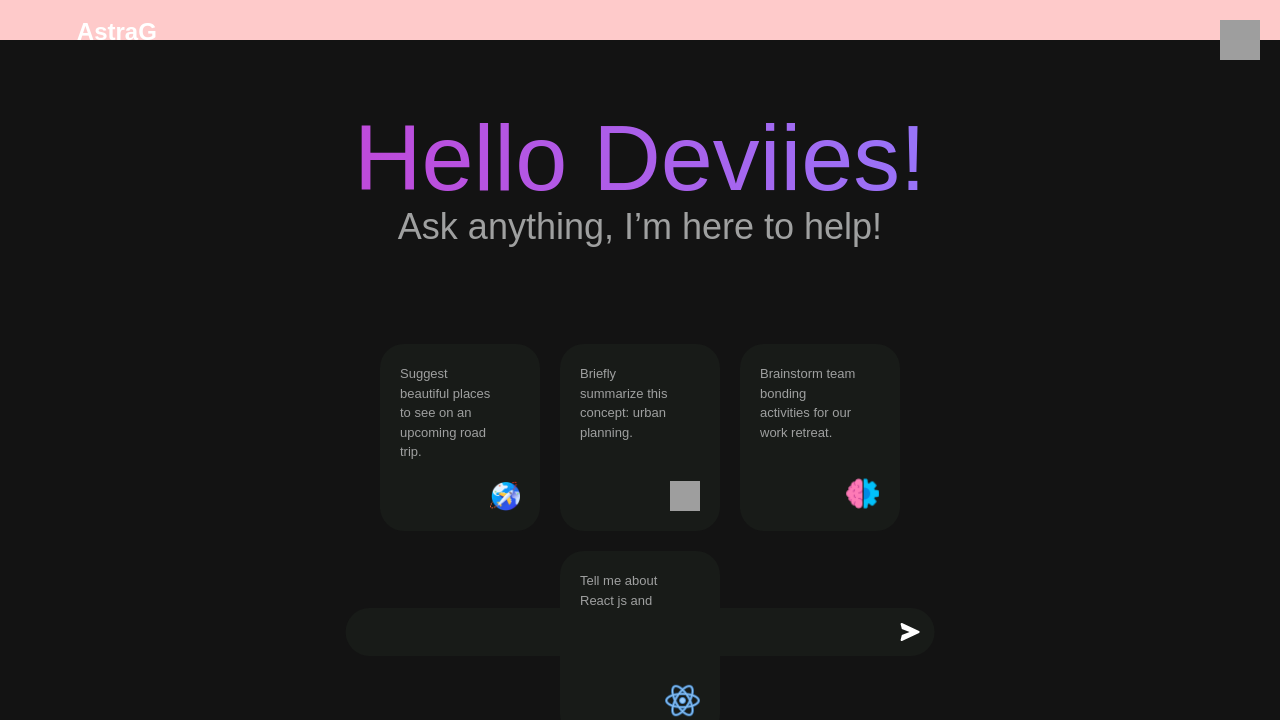
Repository: S-o-b-u/AstraGen1
Page: /
These files come from the project's save history. The page is drawn as it stood at one moment and after the next save; the edit follows.
The browser window is 1280 px wide. The pictures show the whole page.
Pictures or frames that could not be fetched are drawn as grey boxes. The project was rebuilt for these pictures with package versions that can differ from the ones it lists, and the page was loaded fresh each time. Also part of the build but not shown: vite.config.js, src/components/Loader/Loader.jsx, src/components/Sidebar/SIdebar.jsx.

Above is the page before, as saved 2024-11-14 01:32:12.

After the next save:
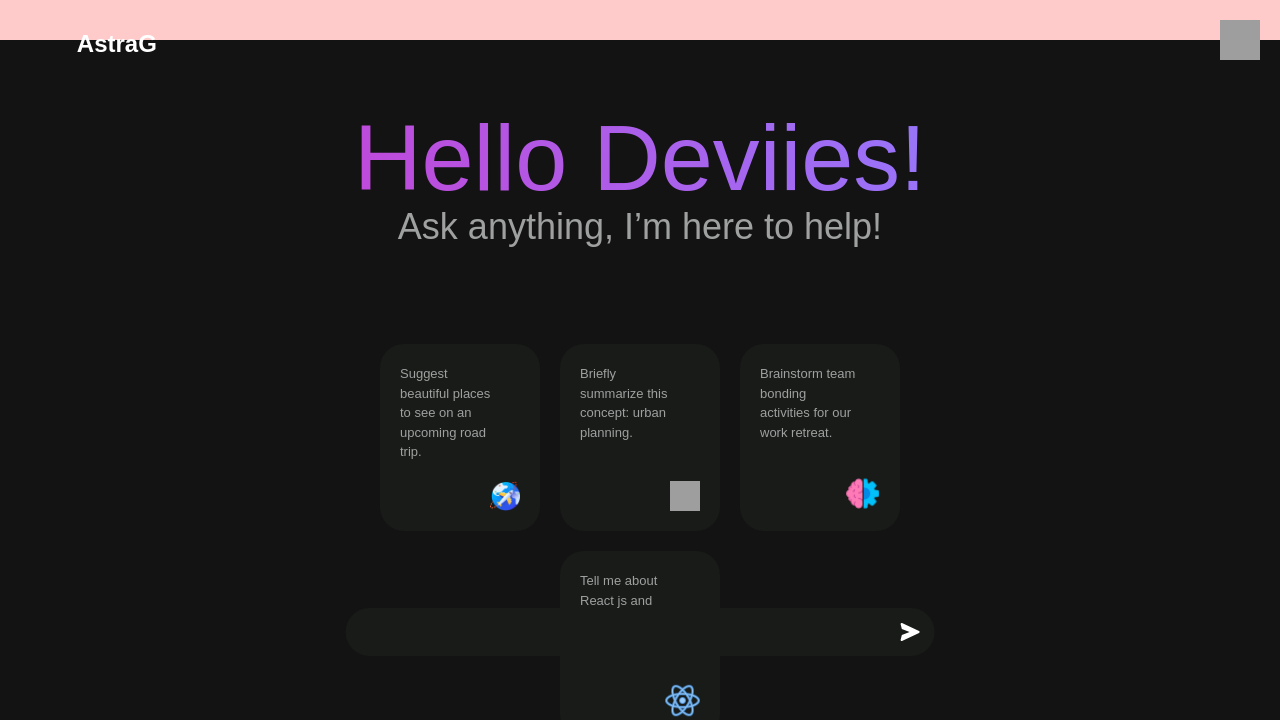
Saved 6 s later.
--- a/src/components/Main/Main.jsx
+++ b/src/components/Main/Main.jsx
@@ -30,7 +30,7 @@ const Main = () => {
      <div className="relative w-[100%] h-[100vh] overflow-hidden">
      <div className="relative bg-red-200 px-5 py-5">
         <nav className=" flex justify-between ">
-          <h1 className="absolute text-white left-16 top-4 lg:left-[6vw] text-2xl font-semibold">
+          <h1 className="absolute text-white left-16 top-7 lg:left-[6vw] text-2xl font-semibold">
             AstraG
           </h1>
           <img
